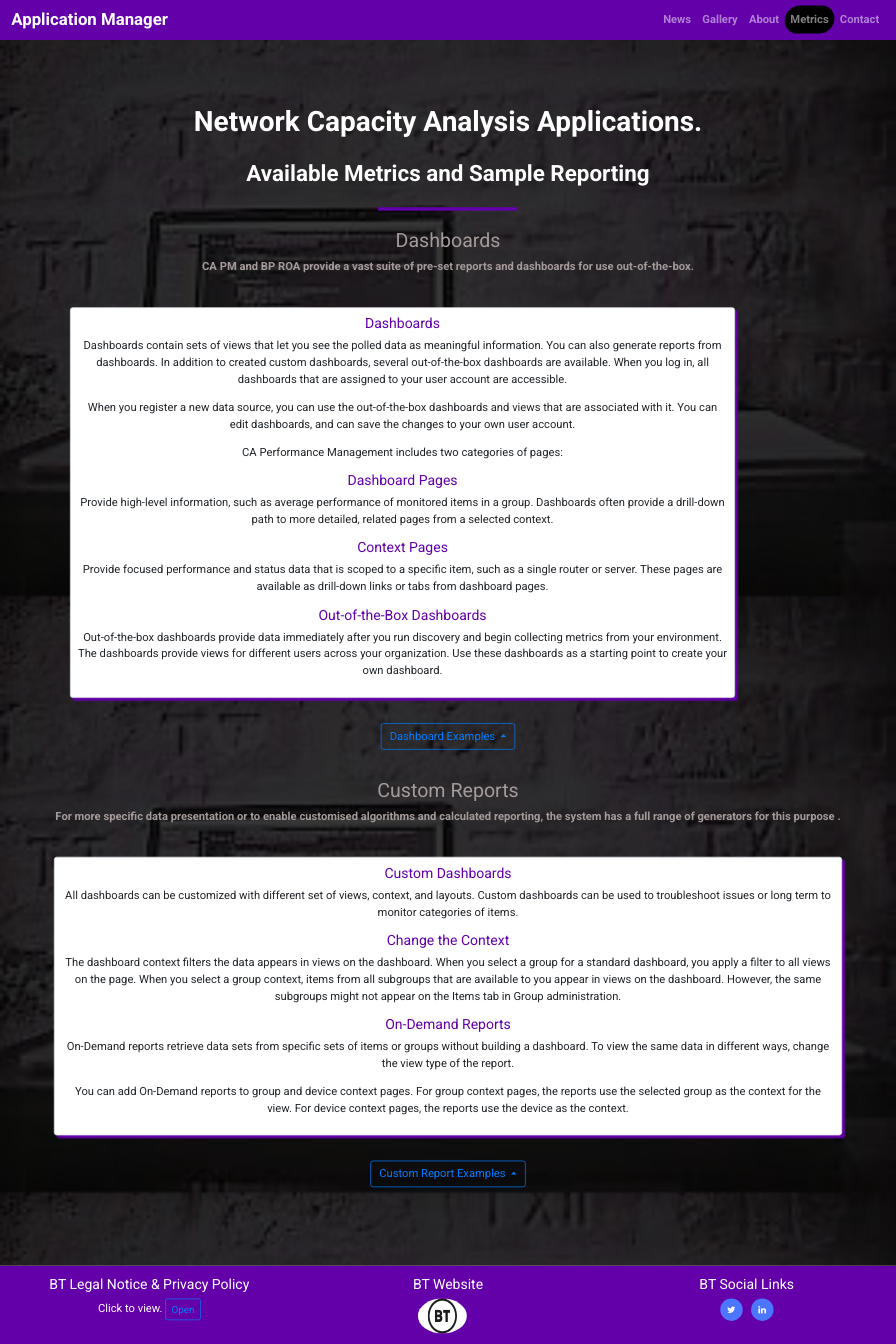
Repository: Mofarrell1967/Application-Manager
Page: metrics.html
The author's editor kept a record of every edit. The page is drawn from the files as they stood at one moment, then again after the next edit.
The browser window is 1280 px wide. The pictures show the whole page, at 70% of full size.
Backgrounds fixed to the window are drawn as part of the page. Some web libraries are served in a nearby version.

Above is the page before.

After the next edit:
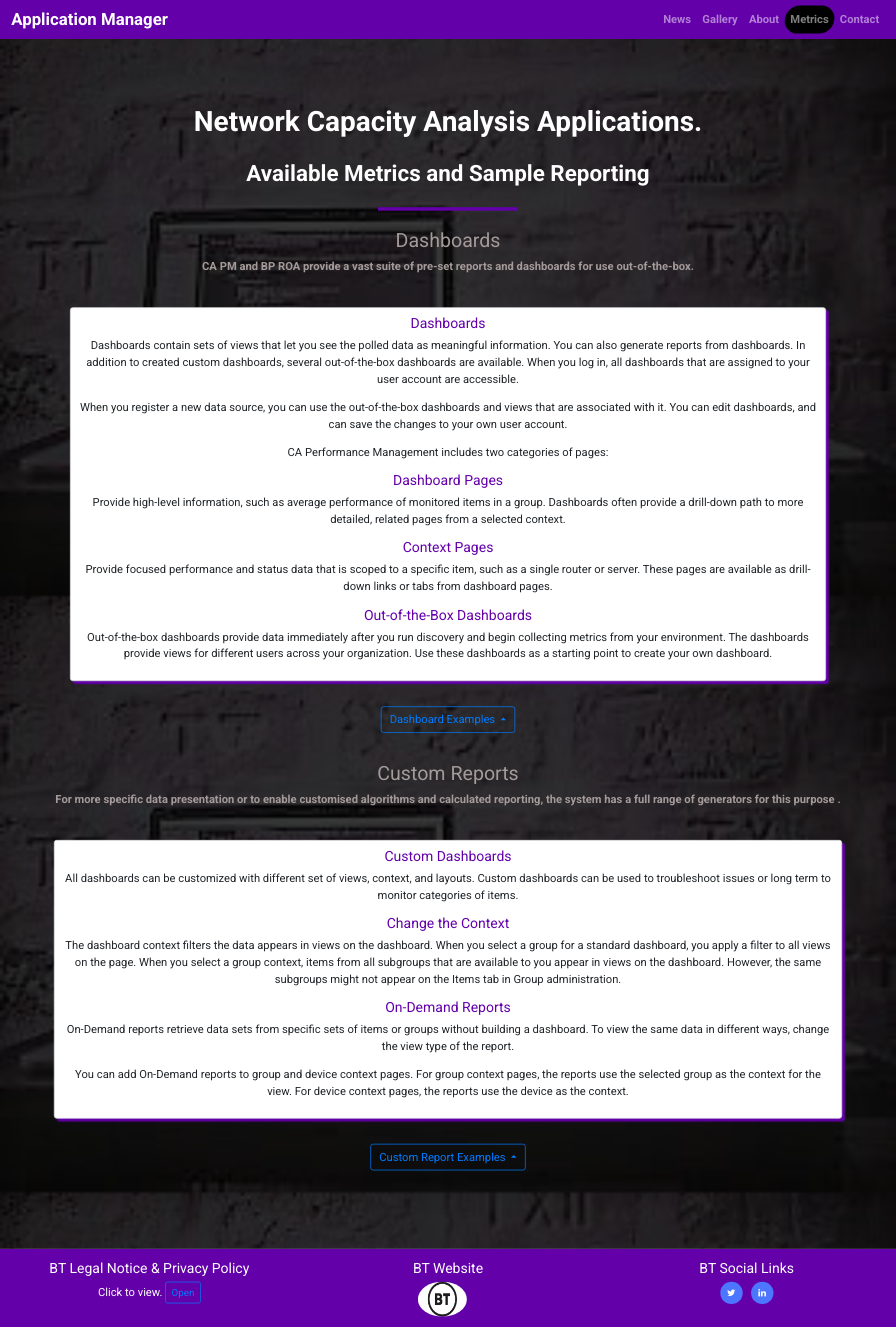
The edit:
--- a/metrics.html
+++ b/metrics.html
@@ -59,7 +59,7 @@
 
                     <section class="container">
                         <div class="row">
-                            <div class="col-md-10 border metrics-form">
+                            <div class="col border metrics-form">
 
                                 <h5>Dashboards</h5>
 
